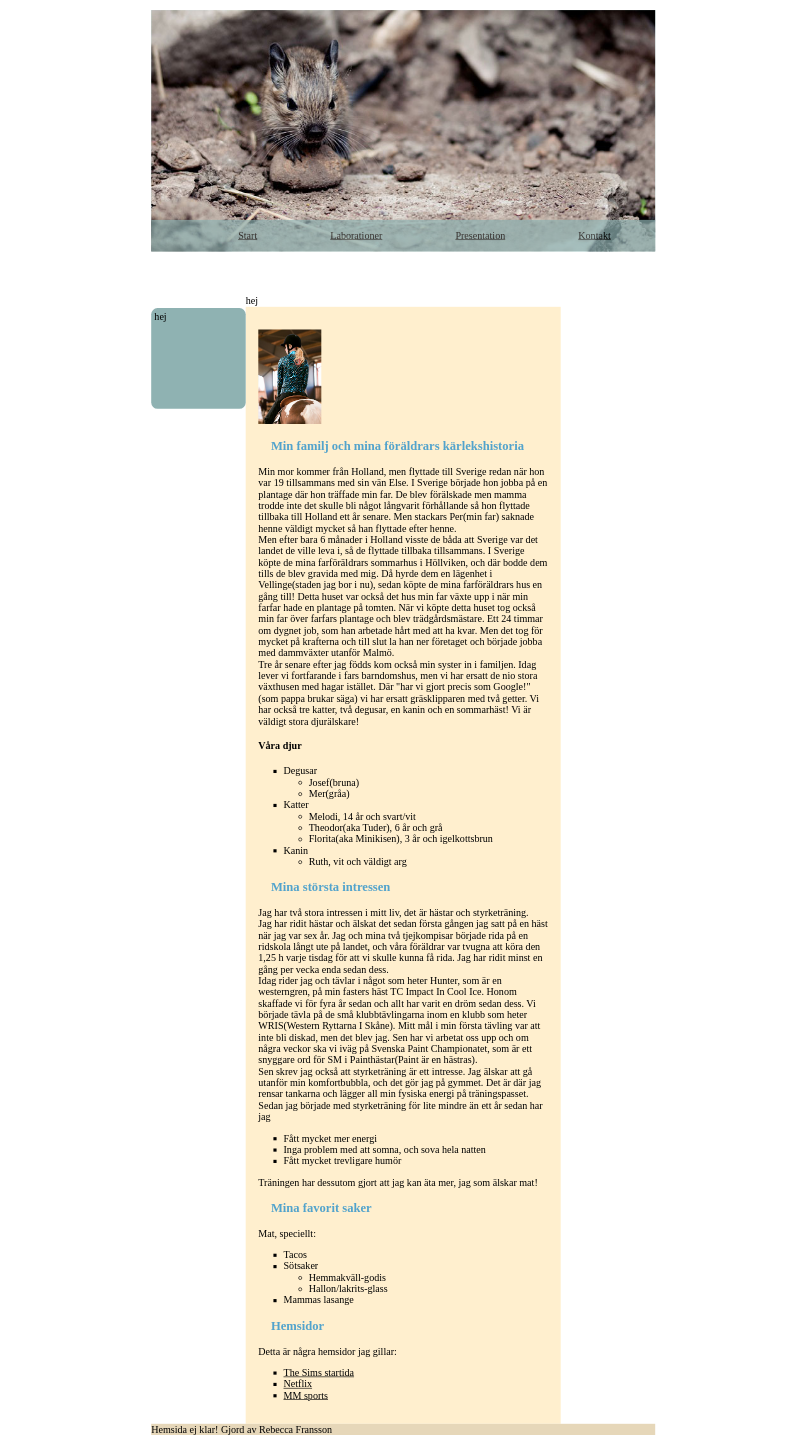
Repository: RebeccaFransson/Interfacedevelopment-1IK415
Page: pages/presentation.html
The author's editor kept a record of every edit. The page is drawn from the files as they stood at one moment, then again after the next edit.
The browser window is 1280 px wide. The pictures show the whole page, at 63% of full size.

Above is the page before.

### pages/presentation.html
<!DOCTYPE html>
<html>
<head>
    <meta charset="utf-8"/>
    <title>Pesentation</title>
    <link rel="stylesheet" href="../css/style.css" />
</head>
    <body>

    <div id="header">
        <p><img src="../Pictures/header.jpg" width="800" height="383" alt=""></p>
    </div>

    <div id="meny">
            <ul>
                <li><a href="../index.html">Start</a> </li>  <!-- ../ gör att jag kommer ut till mappen ovan.-->
                <li><a href="laborationer.html">Laborationer</a> </li>
                <li><a href="presentation.html">Presentation</a> </li>
                <li><a href="kontakt.html">Kontakt</a> </li>
            </ul>
    </div>

    <div class="left pic">
     hej
    </div>
    <div id="right-pic">
     hej
    </div>



    <div id="content">

        <a id="Bild_pa_mig"></a>
            <p><img src="../Pictures/Jag.jpg" width="100" height="150" alt=""></p>
        <h3>Min familj och mina föräldrars kärlekshistoria</h3>
            <p class="info">
            Min mor kommer från Holland, men flyttade till Sverige redan när
            hon var 19 tillsammans med sin vän Else.
            I Sverige började hon jobba på en plantage där hon träffade min far.
            De blev förälskade men mamma trodde inte det skulle bli något långvarit förhållande
            så hon flyttade tillbaka till Holland ett år senare. Men stackars Per(min far) saknade
            henne väldigt mycket så han flyttade efter henne.
            <br>Men efter bara 6 månader i Holland visste de båda att Sverige var det landet
            de ville leva i, så de flyttade tillbaka tillsammans.
            I Sverige köpte de mina farföräldrars sommarhus i Höllviken, och där bodde dem tills de
            blev gravida med mig. Då hyrde dem en lägenhet i Vellinge(staden jag bor i nu), sedan
            köpte de mina farföräldrars hus en gång till! Detta huset var också det hus min far
            växte upp i när min farfar hade en plantage på tomten. När vi köpte detta huset tog
            också min far över farfars plantage och blev trädgårdsmästare. Ett 24 timmar om dygnet job,
            som han arbetade hårt med att ha kvar. Men det tog för mycket på krafterna och till slut
            la han ner företaget och började jobba med dammväxter utanför Malmö.
            <br>Tre år senare efter jag födds kom också min syster in i familjen.
            Idag lever vi fortfarande i fars barndomshus, men vi har ersatt de nio stora växthusen
            med hagar istället. Där "har vi gjort precis som Google!"(som pappa brukar säga) vi
            har ersatt gräsklipparen med två getter. Vi har också tre katter, två degusar,
            en kanin och en sommarhäst! Vi är väldigt stora djurälskare!</p>

            <h4>Våra djur</h4>
        <ul style="list-style-type:square"> <!-- Här är en lista i en lista. -->
            <li>Degusar
                <ul>
                  <li>Josef(bruna)</li>
                  <li>Mer(gråa)</li>
                </ul>
            </li>
            <li>Katter
                <ul>
                  <li>Melodi, 14 år och svart/vit</li>
                  <li>Theodor(aka Tuder), 6 år och grå</li>
                  <li>Florita(aka Minikisen), 3 år och igelkottsbrun</li>
                </ul>
            </li>
            <li>Kanin
                <ul>
                  <li>Ruth, vit och väldigt arg</li>
                </ul>
            </li>
           </ul>


                <h3>Mina största intressen</h3>
                <p>
                Jag har två stora intressen i mitt liv, det är hästar och styrketräning.
                <br>Jag har ridit hästar och älskat det sedan första gången jag satt
                på en häst när jag var sex år. Jag och mina två tjejkompisar började
                rida på en ridskola långt ute på landet, och våra föräldrar var tvugna
                att köra den 1,25 h varje tisdag för att vi skulle kunna få rida.
                Jag har ridit minst en gång per vecka enda sedan dess.
                <br>Idag rider jag och tävlar i något som heter Hunter, som är en
                westerngren, på min fasters häst TC Impact In Cool Ice. Honom
                skaffade vi för fyra år sedan och allt har varit en dröm sedan dess.
                Vi började tävla på de små klubbtävlingarna inom en klubb som
                heter WRIS(Western Ryttarna I Skåne). Mitt mål i min första tävling
                var att inte bli diskad, men det blev jag. Sen har vi arbetat oss
                upp och om några veckor ska vi iväg på Svenska Paint Championatet,
                som är ett snyggare ord för SM i Painthästar(Paint är en hästras).
                <br>Sen skrev jag också att styrketräning är ett intresse. Jag
                älskar att gå utanför min komfortbubbla, och det gör jag på gymmet.
                Det är där jag rensar tankarna och lägger all min fysiska energi
                på träningspasset.
                <br>Sedan jag började med styrketräning för
                lite mindre än ett år sedan har jag
                </p>
                    <ul style="list-style-type:square">
                      <li>Fått mycket mer energi</li>
                      <li>Inga problem med att somna, och sova hela natten</li>
                      <li>Fått mycket trevligare humör</li>
                    </ul>
            <p>
                Träningen har dessutom gjort att jag kan äta mer, jag som älskar mat!
            </p>




        <h3>Mina favorit saker</h3>
            <p>Mat, speciellt:
              <ul style="list-style-type:square">
                    <li>Tacos</li>
                    <li>Sötsaker
                <ul>
                    <li>Hemmakväll-godis</li>
                    <li>Hallon/lakrits-glass</li>
                </ul>
                    </li>

                  <li>Mammas lasange</li>
                </ul>

        <h3>Hemsidor</h3>
            <p>Detta är några hemsidor jag gillar:</p>       <!--Externa länkar-->
                <ul style="list-style-type:square">
                <li><a href="https://www.thesims.com/sv_SE/">The Sims startida</a></li>
                <li><a href="http://www.netflix.com/WiHome">Netflix</a></li>
                <li><a href="http://www.mmsports.se/home.php">MM sports</a></li>
                </ul>

    </div>


    <div id="footer">
            Hemsida ej klar! Gjord av Rebecca Fransson
    </div>

    </body>
</html>

### css/style.css
body {

    width: 800px;
    margin:auto;

}

/*Här är min Header */
#header {

    background-color: #CCFFFF;
    height: 383px;

}

#header img{
    float:left;
    height:383px;
    width:800px;
}

/*Här är min meny och länkarna */

#meny {
    Background-color: #8FB2B2;
    float: left;
    width: 800px;
    height:50px;
    margin-bottom:20px;
    position:relative;
    bottom:50px;
    opacity: 0.7;

}


#meny li {
    margin-left:80px;
    list-style: none;
    float:left;

    opacity: 1;

}
#meny a {
       padding:18px;

}
a:link {
    color: black;
}

a:visited {
    color: #338080;
}

a:hover {
    color: #394747;
    background-color: #FFEFCE;

}

a:active {
    color: #52A3CC;
}

/*Här är min Content med text */
#content{

    background-color:#FFEFCE;
    width: 460px;
    margin-left:150px;
    padding:20px;
    height:auto;

}
#content h2 {
    text-align:center;
    font-size:40px;
    color: #394747;
}

#content h3 {
    color: #52A3CC;
    font-size:20px;
    margin-left:20px;
    border-bottom: 2px;
}

table {
    margin-top:20px;
}

.bildpamig{
    float:left;
    margin-right:10px;
}

.media{
    float:right;
}

.inlagg{
    margin-bottom:100px;
}

img p #content {
    float:none;
}

.signatur{
    float: right;
}


.pic{
    Background-color: #8FB2B2;
    width: 140px;
    height:150px;
    margin-top:20px;

    -webkit-border-radius: 10px;
    -moz-border-radius: 10px;
    border-radius: 10px;
    padding: 5px;
}
.right{
    float:right;
}

.left{
    float:left;
}

#footer {

    Background-color: #E6D7B9;
    height:auto;


}



/*Mina bakgrundsfärger:
Header:#CCFFFF
Content:#FFEFCE
Footer:#E6D7B9
*/

After the next edit:
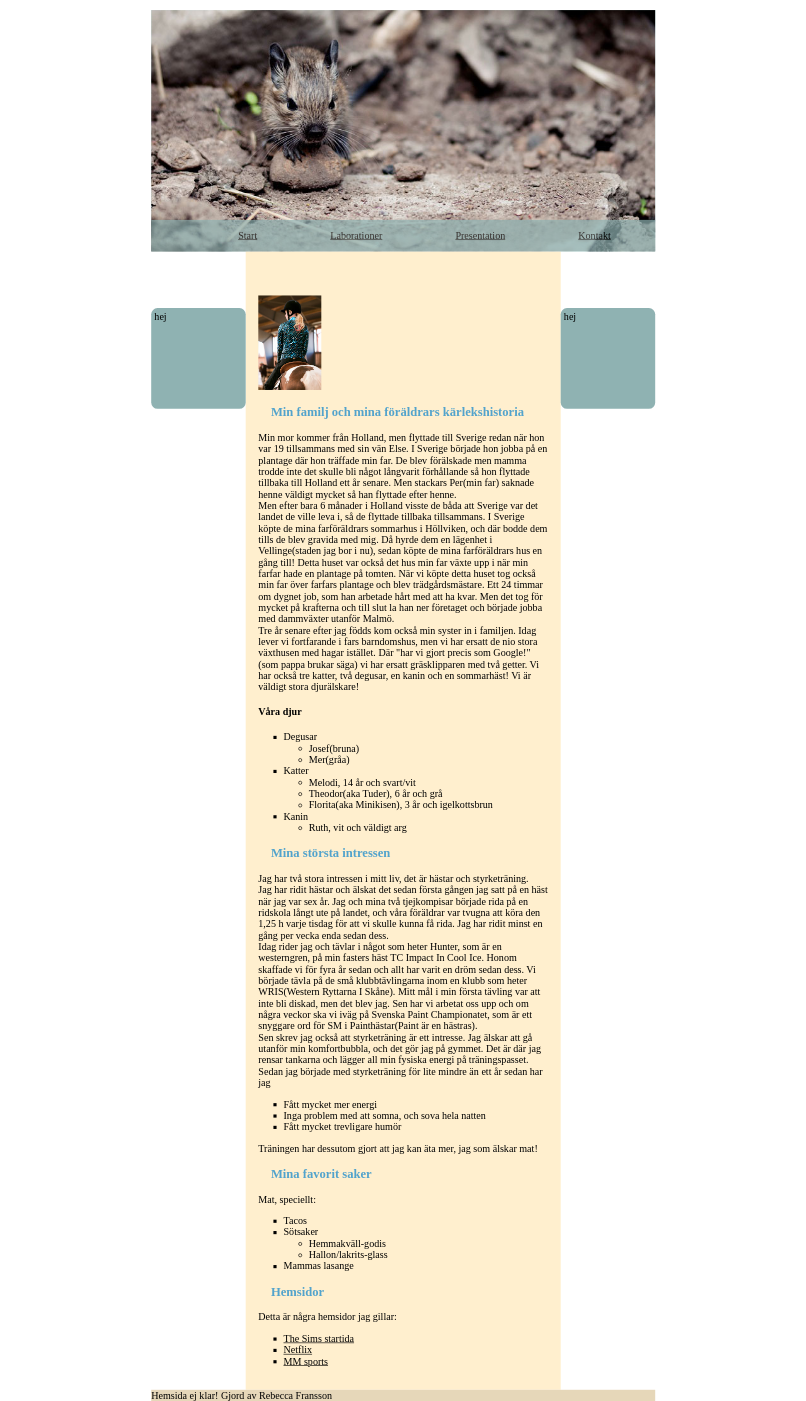
The edit:
--- a/pages/presentation.html
+++ b/pages/presentation.html
@@ -23,7 +23,7 @@
     <div class="left pic">
      hej
     </div>
-    <div id="right-pic">
+    <div class="right pic">
      hej
     </div>
 
